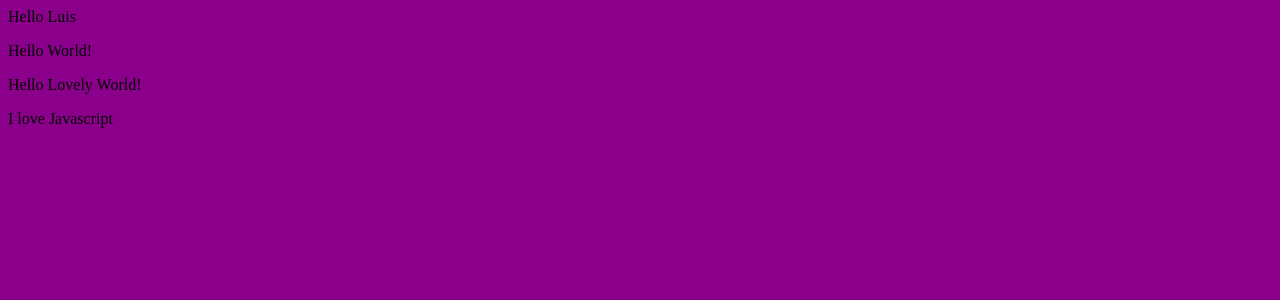
Repository: WDUtadas/WDUtadas.github.io
Page: myjsfiles/app.html
The author's editor kept a copy of each file at every save. The page is drawn from the files as they stood at one save, then again after the next save.
The browser window is 1280 px wide. The pictures show the whole page.

Above is the page before, as saved 2025-03-07 12:19:31.

### myjsfiles/app.html
<!DOCTYPE html>
<html lang="en">
<head>
    <meta charset="UTF-8">
    <meta name="viewport" content="width=device-width, initial-scale=1.0">
    <title>Introduction to Javascript, HTML and CSS</title>
    <link rel="stylesheet" href="./mycss/app.css">
    <script src="./myjavascript/app.js"></script>
</head>
<body>
   <p>Hello World!</p>
   <p>Hello Lovely World!</p>
   <p>I love Javascript</p>

</body>
</html>

### myjsfiles/mycss/app.css

        body {
            background-color: darkmagenta;
        }

### myjsfiles/myjavascript/app.js

var greet = "Hello";
var name = "Luis";
document.write(greet + " " + name);

function displayDate(){
    let date = new Date();
    let year = date.getFullYear();
    document.write("Copyright " + year);
}

After the next save:
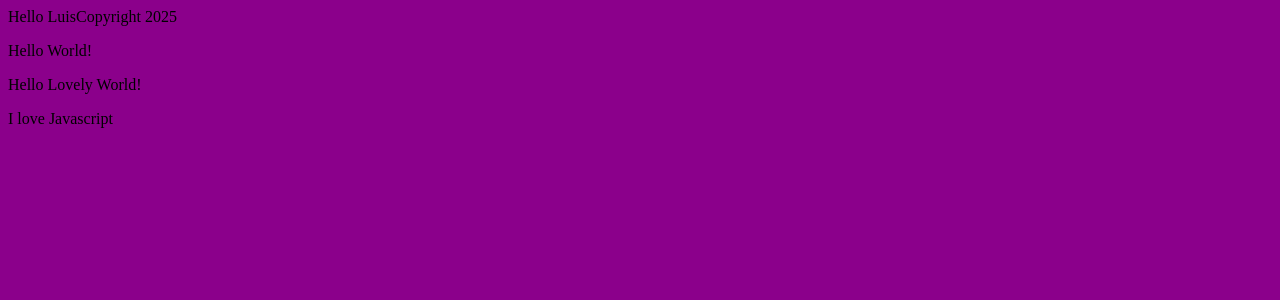
Saved 13 s later.
--- a/myjsfiles/myjavascript/app.js
+++ b/myjsfiles/myjavascript/app.js
@@ -8,3 +8,5 @@ function displayDate(){
     let year = date.getFullYear();
     document.write("Copyright " + year);
 }
+
+displayDate();
